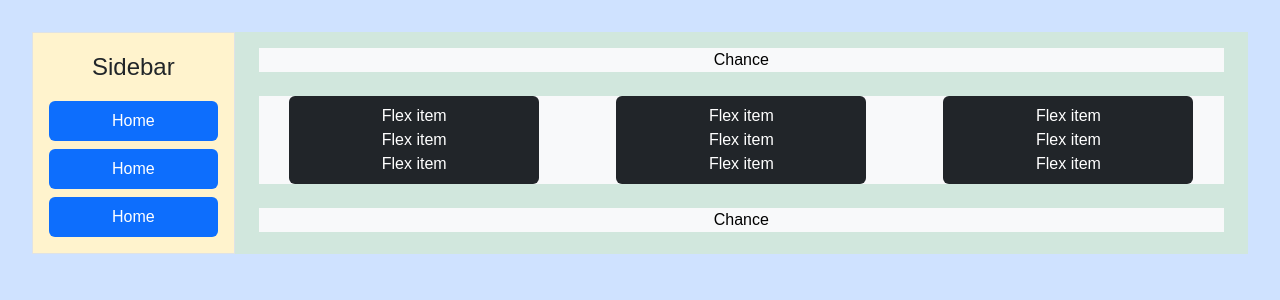
Repository: chancellor-w-whitaker/bec-tab
Page: /
The author's editor kept a copy of each file at every save. The page is drawn from the files as they stood at one save, then again after the next save.
The browser window is 1280 px wide. The pictures show the whole page.
Some web fonts or font styles are not loaded; a fallback is used. The project was rebuilt for these pictures with package versions that can differ from the ones it lists, and the page was loaded fresh each time. Also part of the build but not shown: vite.config.js.

Above is the page before, as saved 2024-01-07 01:42:51.

### src/main.jsx
// Bootstrap Bundle JS
import "bootstrap/dist/js/bootstrap.bundle.min";
// Bootstrap CSS
import "bootstrap/dist/css/bootstrap.min.css";
import ReactDOM from "react-dom/client";
import React from "react";

import App from "./App.jsx";
import "./index.css";

ReactDOM.createRoot(document.getElementById("root")).render(
  <React.StrictMode>
    <App />
  </React.StrictMode>
);

### src/App.jsx
import { useEffect } from "react";

import "./App.css";

const useBodyBgVariant = (bgVariant = "body-tertiary") => {
  useEffect(() => {
    document.body.classList.add(`bg-${bgVariant}`);

    return () => {
      document.body.classList.remove(`bg-${bgVariant}`);
    };
  }, [bgVariant]);
};

const Card = () => {
  return (
    <>
      <div
        className="p-2 rounded text-bg-dark text-center"
        style={{ width: 250 }}
      >
        <div>Flex item</div>
        <div>Flex item</div>
        <div>Flex item</div>
      </div>
    </>
  );
};

const App = () => {
  useBodyBgVariant("primary-subtle");

  return (
    // <div className="container-fluid">
    //   <div className="row">
    //     <div className="sidebar border border-right col-md-3 col-lg-2 p-0 bg-warning-subtle">
    //       <div className="d-flex flex-column gap-2 p-2">
    //         <Button>Chance</Button>
    //         <Button>Chance</Button>
    //         <Button>Chance</Button>
    //         <Button>Chance</Button>
    //         <Button>Chance Chance Chance Chance Chance</Button>
    //       </div>
    //     </div>
    //     <div className="col-md-9 ms-sm-auto col-lg-10 p-0 bg-success-subtle">
    //       <div className="d-flex flex-row flex-wrap row-gap-4 p-2 justify-content-between">
    //         <Card></Card>
    //         <Card></Card>
    //         <Card></Card>
    //         <Card></Card>
    //         <Card></Card>
    //         <Card></Card>
    //         <Card></Card>
    //         <Card></Card>
    //         <Card></Card>
    //       </div>
    //     </div>
    //   </div>
    // </div>
    <div className="container-fluid">
      <div className="row">
        <div className="sidebar border border-right col-md-3 col-lg-2 p-3 bg-warning-subtle">
          <div className="d-flex flex-column text-center">
            <div className="fs-4 mb-3">Sidebar</div>
            <ul className="nav nav-pills flex-column gap-2">
              <li className="nav-item">
                <a className="nav-link active" aria-current="page" href="#">
                  Home
                </a>
              </li>
              <li className="nav-item">
                <a className="nav-link active" aria-current="page" href="#">
                  Home
                </a>
              </li>
              <li className="nav-item">
                <a className="nav-link active" aria-current="page" href="#">
                  Home
                </a>
              </li>
            </ul>
          </div>
        </div>
        <div className="col-md-9 ms-sm-auto col-lg-10 px-md-4 py-3 bg-success-subtle">
          <div className="d-flex flex-column gap-4">
            <div className="text-bg-light">Chance</div>
            <div className="text-bg-light">
              <div className="d-flex flex-row flex-wrap justify-content-around gap-3">
                <Card></Card>
                <Card></Card>
                <Card></Card>
              </div>
            </div>
            <div className="text-bg-light">Chance</div>
          </div>
        </div>
      </div>
    </div>
  );
};

export default App;

### src/index.css
@font-face {
  font-family: poppins;
  font-style: normal;
  font-weight: 400;
  src: local("Poppins"),
    url(https://fonts.cdnfonts.com/s/16009/Poppins-Regular.woff) format("woff");
}
@font-face {
  font-family: poppins;
  font-style: normal;
  font-weight: 400;
  src: local("Poppins"),
    url(https://fonts.cdnfonts.com/s/16009/Poppins-Regular.woff) format("woff");
}
@font-face {
  font-family: poppins;
  font-style: italic;
  font-weight: 400;
  src: local("Poppins"),
    url(https://fonts.cdnfonts.com/s/16009/Poppins-Italic.woff) format("woff");
}
@font-face {
  font-family: poppins;
  font-style: italic;
  font-weight: 400;
  src: local("Poppins"),
    url(https://fonts.cdnfonts.com/s/16009/Poppins-Italic.woff) format("woff");
}
@font-face {
  font-family: poppins;
  font-style: normal;
  font-weight: 250;
  src: local("Poppins"),
    url(https://fonts.cdnfonts.com/s/16009/Poppins-Thin.woff) format("woff");
}
@font-face {
  font-family: poppins;
  font-style: normal;
  font-weight: 250;
  src: local("Poppins"),
    url(https://fonts.cdnfonts.com/s/16009/Poppins-Thin.woff) format("woff");
}
@font-face {
  font-family: poppins;
  font-style: italic;
  font-weight: 250;
  src: local("Poppins"),
    url(https://fonts.cdnfonts.com/s/16009/Poppins-ThinItalic.woff)
      format("woff");
}
@font-face {
  font-family: poppins;
  font-style: italic;
  font-weight: 250;
  src: local("Poppins"),
    url(https://fonts.cdnfonts.com/s/16009/Poppins-ThinItalic.woff)
      format("woff");
}
@font-face {
  font-family: poppins;
  font-style: normal;
  font-weight: 275;
  src: local("Poppins"),
    url(https://fonts.cdnfonts.com/s/16009/Poppins-ExtraLight.woff)
      format("woff");
}
@font-face {
  font-family: poppins;
  font-style: normal;
  font-weight: 275;
  src: local("Poppins"),
    url(https://fonts.cdnfonts.com/s/16009/Poppins-ExtraLight.woff)
      format("woff");
}
@font-face {
  font-family: poppins;
  font-style: italic;
  font-weight: 275;
  src: local("Poppins"),
    url(https://fonts.cdnfonts.com/s/16009/Poppins-ExtraLightItalic.woff)
      format("woff");
}
@font-face {
  font-family: poppins;
  font-style: italic;
  font-weight: 275;
  src: local("Poppins"),
    url(https://fonts.cdnfonts.com/s/16009/Poppins-ExtraLightItalic.woff)
      format("woff");
}
@font-face {
  font-family: poppins;
  font-style: normal;
  font-weight: 300;
  src: local("Poppins"),
    url(https://fonts.cdnfonts.com/s/16009/Poppins-Light.woff) format("woff");
}
@font-face {
  font-family: poppins;
  font-style: normal;
  font-weight: 300;
  src: local("Poppins"),
    url(https://fonts.cdnfonts.com/s/16009/Poppins-Light.woff) format("woff");
}
@font-face {
  font-family: poppins;
  font-style: italic;
  font-weight: 300;
  src: local("Poppins"),
    url(https://fonts.cdnfonts.com/s/16009/Poppins-LightItalic.woff)
      format("woff");
}
@font-face {
  font-family: poppins;
  font-style: italic;
  font-weight: 300;
  src: local("Poppins"),
    url(https://fonts.cdnfonts.com/s/16009/Poppins-LightItalic.woff)
      format("woff");
}
@font-face {
  font-family: poppins;
  font-style: normal;
  font-weight: 500;
  src: local("Poppins"),
    url(https://fonts.cdnfonts.com/s/16009/Poppins-Medium.woff) format("woff");
}
@font-face {
  font-family: poppins;
  font-style: normal;
  font-weight: 500;
  src: local("Poppins"),
    url(https://fonts.cdnfonts.com/s/16009/Poppins-Medium.woff) format("woff");
}
@font-face {
  font-family: poppins;
  font-style: italic;
  font-weight: 500;
  src: local("Poppins"),
    url(https://fonts.cdnfonts.com/s/16009/Poppins-MediumItalic.woff)
      format("woff");
}
@font-face {
  font-family: poppins;
  font-style: italic;
  font-weight: 500;
  src: local("Poppins"),
    url(https://fonts.cdnfonts.com/s/16009/Poppins-MediumItalic.woff)
      format("woff");
}
@font-face {
  font-family: poppins;
  font-style: normal;
  font-weight: 600;
  src: local("Poppins"),
    url(https://fonts.cdnfonts.com/s/16009/Poppins-SemiBold.woff) format("woff");
}
@font-face {
  font-family: poppins;
  font-style: normal;
  font-weight: 600;
  src: local("Poppins"),
    url(https://fonts.cdnfonts.com/s/16009/Poppins-SemiBold.woff) format("woff");
}
@font-face {
  font-family: poppins;
  font-style: italic;
  font-weight: 600;
  src: local("Poppins"),
    url(https://fonts.cdnfonts.com/s/16009/Poppins-SemiBoldItalic.woff)
      format("woff");
}
@font-face {
  font-family: poppins;
  font-style: italic;
  font-weight: 600;
  src: local("Poppins"),
    url(https://fonts.cdnfonts.com/s/16009/Poppins-SemiBoldItalic.woff)
      format("woff");
}
@font-face {
  font-family: poppins;
  font-style: normal;
  font-weight: 700;
  src: local("Poppins"),
    url(https://fonts.cdnfonts.com/s/16009/Poppins-Bold.woff) format("woff");
}
@font-face {
  font-family: poppins;
  font-style: normal;
  font-weight: 700;
  src: local("Poppins"),
    url(https://fonts.cdnfonts.com/s/16009/Poppins-Bold.woff) format("woff");
}
@font-face {
  font-family: poppins;
  font-style: italic;
  font-weight: 700;
  src: local("Poppins"),
    url(https://fonts.cdnfonts.com/s/16009/Poppins-BoldItalic.woff)
      format("woff");
}
@font-face {
  font-family: poppins;
  font-style: italic;
  font-weight: 700;
  src: local("Poppins"),
    url(https://fonts.cdnfonts.com/s/16009/Poppins-BoldItalic.woff)
      format("woff");
}
@font-face {
  font-family: poppins;
  font-style: normal;
  font-weight: 800;
  src: local("Poppins"),
    url(https://fonts.cdnfonts.com/s/16009/Poppins-ExtraBold.woff)
      format("woff");
}
@font-face {
  font-family: poppins;
  font-style: normal;
  font-weight: 800;
  src: local("Poppins"),
    url(https://fonts.cdnfonts.com/s/16009/Poppins-ExtraBold.woff)
      format("woff");
}
@font-face {
  font-family: poppins;
  font-style: italic;
  font-weight: 800;
  src: local("Poppins"),
    url(https://fonts.cdnfonts.com/s/16009/Poppins-ExtraBoldItalic.woff)
      format("woff");
}
@font-face {
  font-family: poppins;
  font-style: italic;
  font-weight: 800;
  src: local("Poppins"),
    url(https://fonts.cdnfonts.com/s/16009/Poppins-ExtraBoldItalic.woff)
      format("woff");
}
@font-face {
  font-family: poppins;
  font-style: normal;
  font-weight: 900;
  src: local("Poppins"),
    url(https://fonts.cdnfonts.com/s/16009/Poppins-Black.woff) format("woff");
}
@font-face {
  font-family: poppins;
  font-style: normal;
  font-weight: 900;
  src: local("Poppins"),
    url(https://fonts.cdnfonts.com/s/16009/Poppins-Black.woff) format("woff");
}
@font-face {
  font-family: poppins;
  font-style: italic;
  font-weight: 900;
  src: local("Poppins"),
    url(https://fonts.cdnfonts.com/s/16009/Poppins-BlackItalic.woff)
      format("woff");
}
@font-face {
  font-family: poppins;
  font-style: italic;
  font-weight: 900;
  src: local("Poppins"),
    url(https://fonts.cdnfonts.com/s/16009/Poppins-BlackItalic.woff)
      format("woff");
}

:root,
[data-bs-theme="light"] {
  --bs-font-sans-serif: "Poppins", sans-serif;

  --bs-box-shadow: 0px 3px 3px -2px rgba(0, 0, 0, 0.2),
    0px 3px 4px 0px rgba(0, 0, 0, 0.14), 0px 1px 8px 0px rgba(0, 0, 0, 0.12);
  --bs-box-shadow-sm: 0px 3px 1px -2px rgba(0, 0, 0, 0.2),
    0px 2px 2px 0px rgba(0, 0, 0, 0.14), 0px 1px 5px 0px rgba(0, 0, 0, 0.12);
  --bs-box-shadow-lg: 0px 2px 4px -1px rgba(0, 0, 0, 0.2),
    0px 4px 5px 0px rgba(0, 0, 0, 0.14), 0px 1px 10px 0px rgba(0, 0, 0, 0.12);
}

Loaded but not shown: index.html (common file); src/App.css (common file)

After the next save:
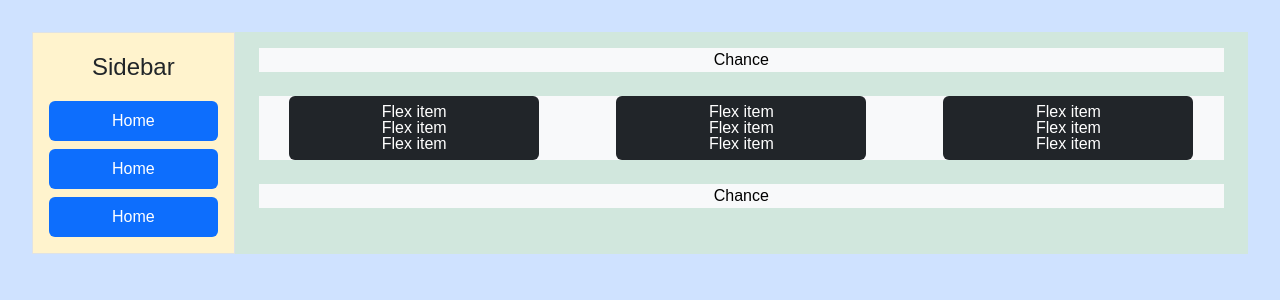
Saved 8 s later.
--- a/src/App.jsx
+++ b/src/App.jsx
@@ -16,7 +16,7 @@
   return (
     <>
       <div
-        className="p-2 rounded text-bg-dark text-center"
+        className="p-2 rounded text-bg-dark text-center lh-1"
         style={{ width: 250 }}
       >
         <div>Flex item</div>

After the save that followed:
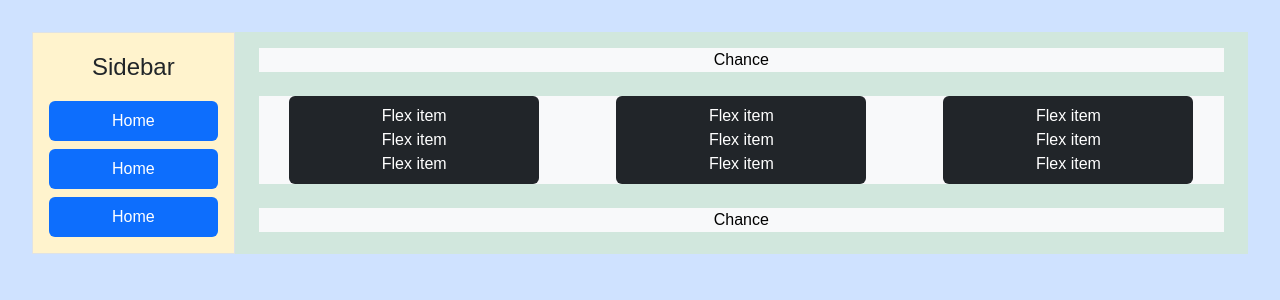
Saved 7 s later.
--- a/src/App.jsx
+++ b/src/App.jsx
@@ -16,7 +16,7 @@
   return (
     <>
       <div
-        className="p-2 rounded text-bg-dark text-center lh-1"
+        className="p-2 rounded text-bg-dark text-center"
         style={{ width: 250 }}
       >
         <div>Flex item</div>
